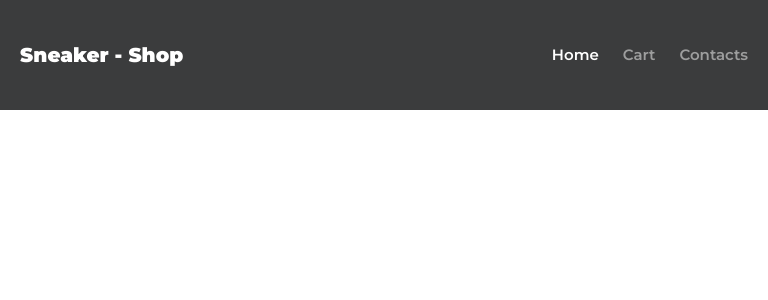
Repository: IstratiiNik/sneaker-shop
Page: /
These files come from the project's save history. The page is drawn as it stood at one moment and after the next save; the edit follows.
The browser window is 768 px wide. The pictures show the whole page.
The project was rebuilt for these pictures with package versions that can differ from the ones it lists, and the page was loaded fresh each time. Also part of the build but not shown: vite.config.js.

Above is the page before, as saved 2025-07-01 13:49:48.

After the next save:
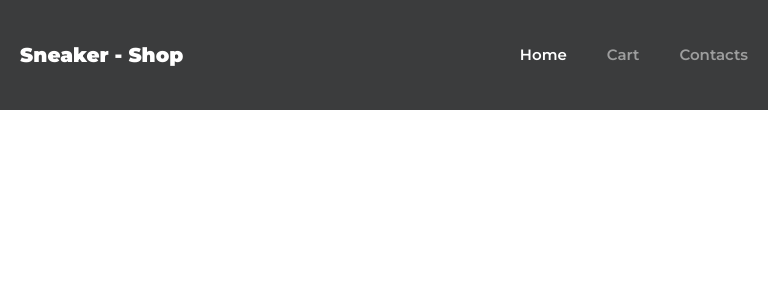
Saved 4 s later.
--- a/src/components/Header/Header.module.scss
+++ b/src/components/Header/Header.module.scss
@@ -31,6 +31,6 @@
   line-height: 18px;
 
   @media (max-width: 900px) {
-    gap: 24px;
+    gap: 40px;
   }
 }
